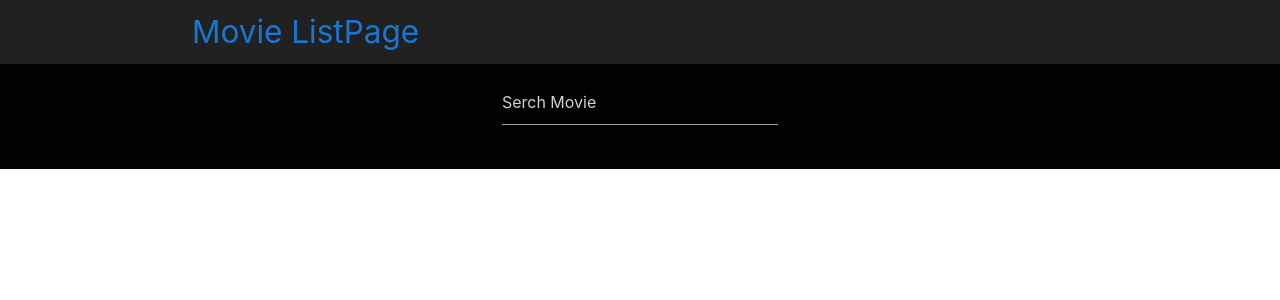
Repository: Reiya-1003/React-Ts-Node-App
Page: /
These files come from the project's save history. The page is drawn as it stood at one moment and after the next save; the edit follows.
The browser window is 1280 px wide. The pictures show the whole page.
The page's requests for data from a server got no answer. The project was rebuilt for these pictures with package versions that can differ from the ones it lists, and the page was loaded fresh each time. A package was used in the major version that the imports need, not the one package.json lists. No one was signed in, and anything a server would have sent is missing. Also part of the build but not shown: src/Styles.module.css, src/components/Detail.tsx.

Above is the page before, as saved 2021-11-18 11:15:29.

### public/index.html
<!DOCTYPE html>
<html lang="en">
  <head>
    <meta charset="utf-8" />
    <link rel="icon" href="%PUBLIC_URL%/favicon.ico" />
    <meta name="viewport" content="width=device-width, initial-scale=1" />
    <meta name="theme-color" content="#000000" />
    <meta
      name="description"
      content="Web site created using create-react-app"
    />
    <link rel="apple-touch-icon" href="%PUBLIC_URL%/logo192.png" />
    <!--
      manifest.json provides metadata used when your web app is installed on a
      user's mobile device or desktop. See https://developers.google.com/web/fundamentals/web-app-manifest/
    -->
    <link rel="manifest" href="%PUBLIC_URL%/manifest.json" />
    <link
      rel="stylesheet"
      href="https://cdnjs.cloudflare.com/ajax/libs/materialize/1.0.0/css/materialize.min.css"
    />
    <!--
      Notice the use of %PUBLIC_URL% in the tags above.
      It will be replaced with the URL of the `public` folder during the build.
      Only files inside the `public` folder can be referenced from the HTML.

      Unlike "/favicon.ico" or "favicon.ico", "%PUBLIC_URL%/favicon.ico" will
      work correctly both with client-side routing and a non-root public URL.
      Learn how to configure a non-root public URL by running `npm run build`.
    -->
    <title>React App</title>
  </head>
  <body>
    <noscript>You need to enable JavaScript to run this app.</noscript>
    <div id="root"></div>
    <!--
      This HTML file is a template.
      If you open it directly in the browser, you will see an empty page.

      You can add webfonts, meta tags, or analytics to this file.
      The build step will place the bundled scripts into the <body> tag.

      To begin the development, run `npm start` or `yarn start`.
      To create a production bundle, use `npm run build` or `yarn build`.
    -->
  </body>
</html>

### src/index.tsx
import React from "react";
import ReactDOM from "react-dom";

import App from "./components/App";

import reportWebVitals from "./reportWebVitals";

interface Props {
  sum: number;
  per: number;
  onChange: (e: { page: number }) => void;
}

ReactDOM.render(
  <React.StrictMode>
    <App />
  </React.StrictMode>,
  document.getElementById("root")
);

// If you want to start measuring performance in your app, pass a function
// to log results (for example: reportWebVitals(console.log))
// or send to an analytics endpoint. Learn more: https://bit.ly/CRA-vitals
reportWebVitals();

### src/components/App.tsx
import React, { createContext, useState } from "react";
import Nav from "./Nav";
import Seathbox from "./Searthbox";
import Detail from "./Detail";
import {
  BrowserRouter as Router,
  Switch,
  Route,
  BrowserRouter,
} from "react-router-dom";

export const MovieContext = createContext<any>([]);
export const SerchContext = createContext<any>("");
export const TotalContext = createContext<any>(0);
export const CurrentContext = createContext<any>(1);

interface Props {
  sum?: number;
  per?: number;
  onChange?: (e: { page: number }) => void;
}

export const App: React.FC<Props> = (props) => {
  const [movies, setMovies] = useState<any>([]);
  const [searchTerm, setSearchterm] = useState<any>("");
  const [totalResulte, setTotal] = useState<any>(0);
  const [currentPage, setCurrent] = useState<any>(1);

  const handlePaginate = (page: number) => {
    fetch(
      `https://api.themoviedb.org/3/search/movie?api_key=78eb03987f34d05d918381d81d8257fe&language=ja-JA&page=1&query=${searchTerm}&page=${page}`
    )
      .then((data) => data.json())
      .then((data) => {
        console.log(data);
        const newResult = data.results;
        const newCurrent = page;
        setMovies(newResult);
        setCurrent(newCurrent);
      });
  };

  return (
    <div className="App" style={{ backgroundColor: "black" }}>
      <Router>
        <Nav />
        <Switch>
          <MovieContext.Provider value={movies}>
            <SerchContext.Provider value={searchTerm}>
              <TotalContext.Provider value={totalResulte}>
                <CurrentContext.Provider value={currentPage}>
                  <Route path="/" exact component={Seathbox} />
                  <Route path="/detail/:item_id" exact component={Detail} />
                </CurrentContext.Provider>
              </TotalContext.Provider>
            </SerchContext.Provider>
          </MovieContext.Provider>
        </Switch>
      </Router>
    </div>
  );
};

export default App;

### src/components/Nav.tsx
import React from "react";

const Nav = () => {
  return (
    <nav className="grey darken-4">
      <div className=".nav-wrapper container">
        <a href="" className="brand-logo ">
          <div className="blue-text text-darken-2">Movie ListPage</div>
        </a>
      </div>
    </nav>
  );
};

export default Nav;

### src/components/Searthbox.tsx
import React, { useContext, useState, useEffect } from "react";
import {
  BrowserRouter as Router,
  Route,
  Link,
  Switch,
  useHistory,
  useParams,
} from "react-router-dom";
import {
  MovieContext,
  SerchContext,
  CurrentContext,
  TotalContext,
} from "./App";

import MuiPagination from "@material-ui/lab/Pagination";
import { withStyles } from "@material-ui/core/styles";

const Searthbox = ({ pageContext }: any) => {
  let Movie = useContext(MovieContext); //映画のコンテキスト
  const Search = useContext(SerchContext); //検索ボックス用のコンテキスト
  const [movies, setMovies] = useState<any>({}); //検索したワードの映画の表示に使う
  const [firstList, setFirstList] = useState<any>([]); //最初にアクセスした画面の映画の表示
  const [searchTerm, setSearchterm] = useState<string>(); //検索ワードが入る

  let [pageLinks, setLinks]: any = useState([]); //検索結果の映画のトータルページを数える
  const IMG_PATH = "https://image.tmdb.org/t/p/w1280"; //映画の画像のパスに使う
  const [page, setPage] = useState(1); //ページの個数を保存するその数だけページングを作る

  let newListItem = [];

  useEffect(() => {
    fetch(
      "https://api.themoviedb.org/3/movie/now_playing?api_key=78eb03987f34d05d918381d81d8257fe&language=ja&page=1"
    )
      .then((response) => {
        return response.json();
      })
      .then((firstdata) => {
        //取得したJSONデータの処理
        const newFirstlist = firstdata.results;
        setFirstList(newFirstlist);
        console.log(firstdata.results);
        console.log(firstList);
        Movie.push(newFirstlist);
      })
      .catch((error) => {
        //エラー発生時の処理
        console.log("error");
      });
  }, []); //最初に出てくる映画のリスト（時期によって変わる）

  const handleSubmit = (e: React.FormEvent<HTMLFormElement>) => {
    e.preventDefault();

    fetch(
      `https://api.themoviedb.org/3/search/movie?api_key=78eb03987f34d05d918381d81d8257fe&language=ja-JA&page=1&query=${searchTerm}`
    )
      .then((data) => data.json())
      .then((data) => {
        console.log(data);
        const newResult = data.results;

        setMovies(newResult);

        console.log(movies);
        Movie.shift();
        Movie.push(data.results);
        let newLinks = [];

        for (let i = 0; i < data.total_pages; i++) {
          newLinks.push(i + 1);
        }
        setLinks(newLinks);
        console.log(data.total_pages);
      });
  }; //検索するときのonSbmit

  const handleChange = (e: string | any) => {
    const newSerch = e.target.value;
    setSearchterm(newSerch);
    console.log(searchTerm);
  }; //入力した単語をserchTerm（検索ワード）にセットするonChange

  const handleChangePage = (
    event: React.ChangeEvent<unknown>,
    value: number
  ) => {
    event.preventDefault();
    const newValue = value;
    setPage(newValue);
    console.log(newValue); //リアルタイムでページ番号
    fetch(
      `https://api.themoviedb.org/3/search/movie?api_key=78eb03987f34d05d918381d81d8257fe&language=ja-JA&page=1&query=${searchTerm}&page=${newValue}`
    )
      .then((data) => data.json())
      .then((data) => {
        console.log(data);
        const newResult = data.results;

        Movie.shift();
        Movie.push(newResult);
        console.log(Movie[0]);
      });
  }; //ページ番号ごとの映画を表示するonChange

  return (
    // 検索ボックス
    <div className="container">
      <div className="row">
        <section className="col s4 offset-s4">
          <form action="" onSubmit={handleSubmit}>
            <div className="input-field">
              <input
                placeholder="Serch Movie"
                type="text"
                onChange={handleChange}
              />
            </div>
          </form>
        </section>
      </div>
      {/* 映画の一覧（２０件分）  */}
      <div className="container">
        <div className="row">
          <div className="col s12">
            {Movie.length === 0
              ? firstList.map((list: any, i: any) => {
                  return (
                    <div className="col s12 m6 l3" key={i}>
                      <div className="card">
                        <div className="card-image waves-effect waves-block waves-light">
                          <img
                            src={IMG_PATH + list.poster_path}
                            alt="card image"
                            style={{ width: "100%", height: 360 }}
                          ></img>
                        </div>
                        <div className="card-content">
                          <p>
                            <Link to={`/detail/${list.id}`}>View Details</Link>
                          </p>
                        </div>
                      </div>
                    </div>
                  );
                })
              : Movie[0].map((list: any, i: any) => {
                  return (
                    <div className="col s12 m6 l3" key={i}>
                      <div className="card">
                        <div className="card-image waves-effect waves-block waves-light">
                          <img
                            src={IMG_PATH + list.poster_path}
                            alt="card image"
                            style={{ width: "100%", height: 360 }}
                          ></img>
                        </div>
                        <div className="card-content">
                          <p>
                            <Link to={`/detail/${list.id}`}>View Details</Link>
                          </p>
                        </div>
                      </div>
                    </div>
                  );
                })}
          </div>
        </div>
      </div>
      {/* ページネーション */}
      <div>
        {Movie.length === 0 ? (
          <p></p>
        ) : (
          <div>
            <MuiPagination
              count={pageLinks.length}
              page={page}
              variant="outlined"
              color="primary"
              onChange={handleChangePage}
            />
            {/* <p>page：{page}</p> */}
          </div>
        )}
      </div>
    </div>
  );
};

export default Searthbox;

Loaded but not shown: src/reportWebVitals.ts (common file)

After the next save:
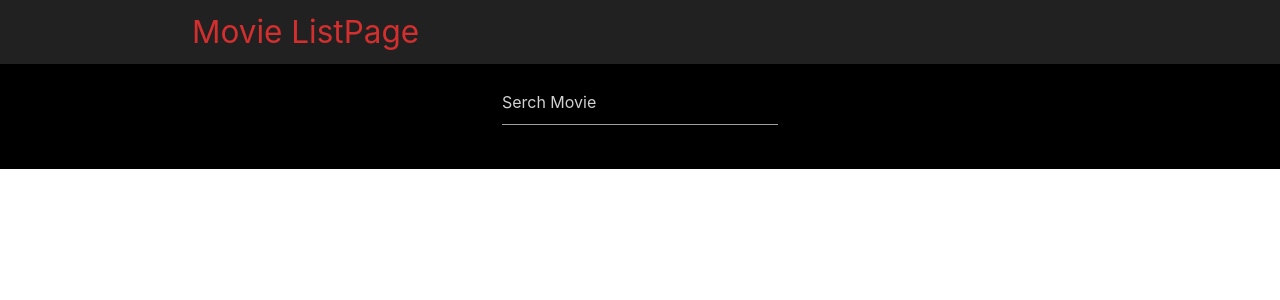
Saved 27 s later.
--- a/src/components/Nav.tsx
+++ b/src/components/Nav.tsx
@@ -5,7 +5,7 @@ const Nav = () => {
     <nav className="grey darken-4">
       <div className=".nav-wrapper container">
         <a href="" className="brand-logo ">
-          <div className="blue-text text-darken-2">Movie ListPage</div>
+          <div className="red-text text-darken-2">Movie ListPage</div>
         </a>
       </div>
     </nav>
